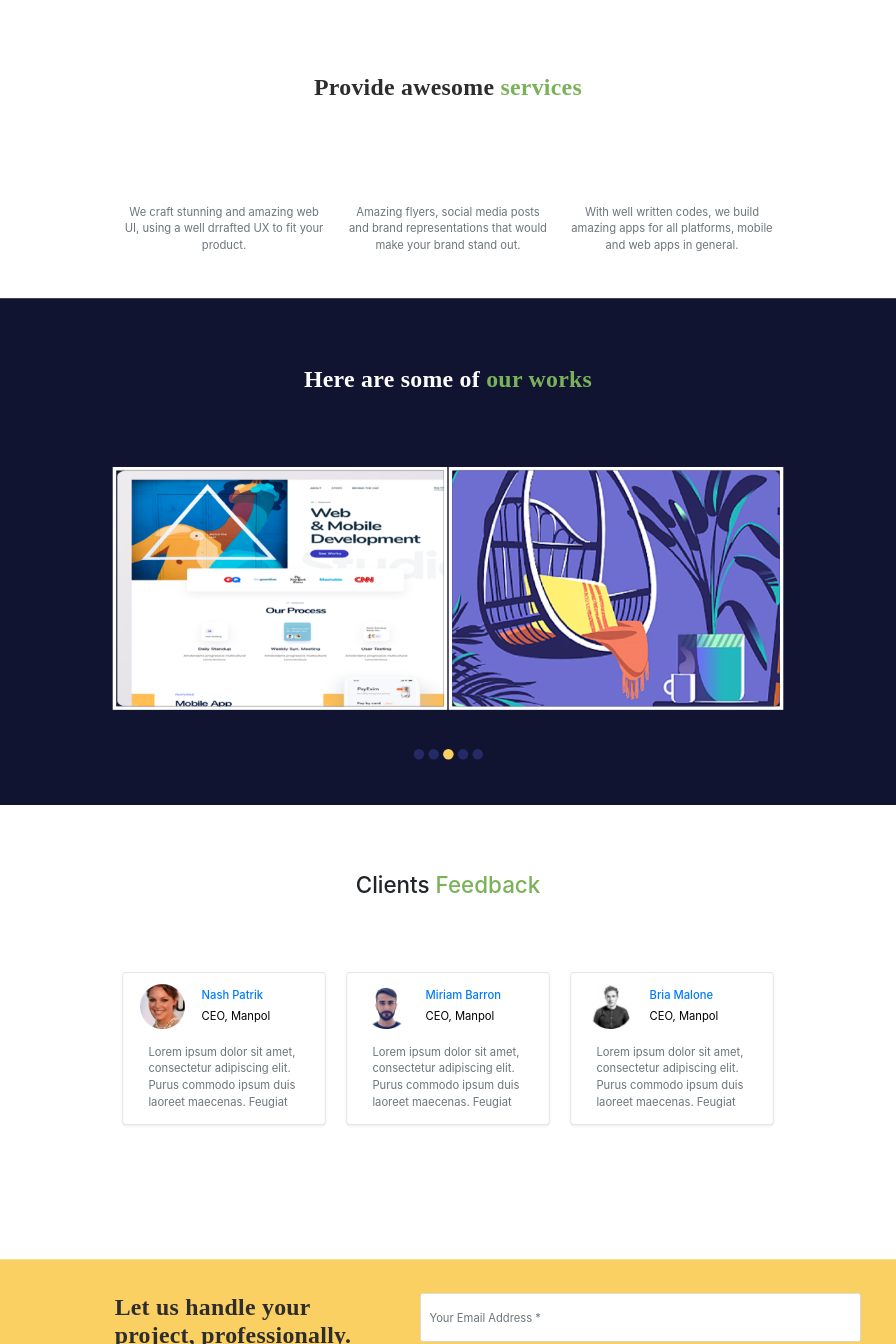
Repository: mdtahsinamin/creative-agency-client
Page: /
The author's editor kept a copy of each file at every save. The page is drawn from the files as they stood at one save, then again after the next save.
The browser window is 1280 px wide. The pictures show the part of the page from y = 990 to 2910 px (the page is 3474 px tall before and 3380 px after), at 70% of full size.
The page's requests for data from a server got no answer. The project was rebuilt for these pictures with package versions that can differ from the ones it lists, and the page was loaded fresh each time. No one was signed in, and anything a server would have sent is missing. Also part of the build but not shown: src/App.css, src/components/Share/ExtraAppBar/ExtraAppBar.css, src/components/Share/ExtraAppBar/ExtraAppBar.js, src/components/Login/Login.css, src/components/Login/firebase.config.js, src/components/Login/LoginManager.js, src/components/Login/Login.js, src/components/Dashboard/Dashboard/SideBar/SideBar.css and 15 more.

Above is the page before, as saved 2020-10-17 21:28:42.

After the next save:
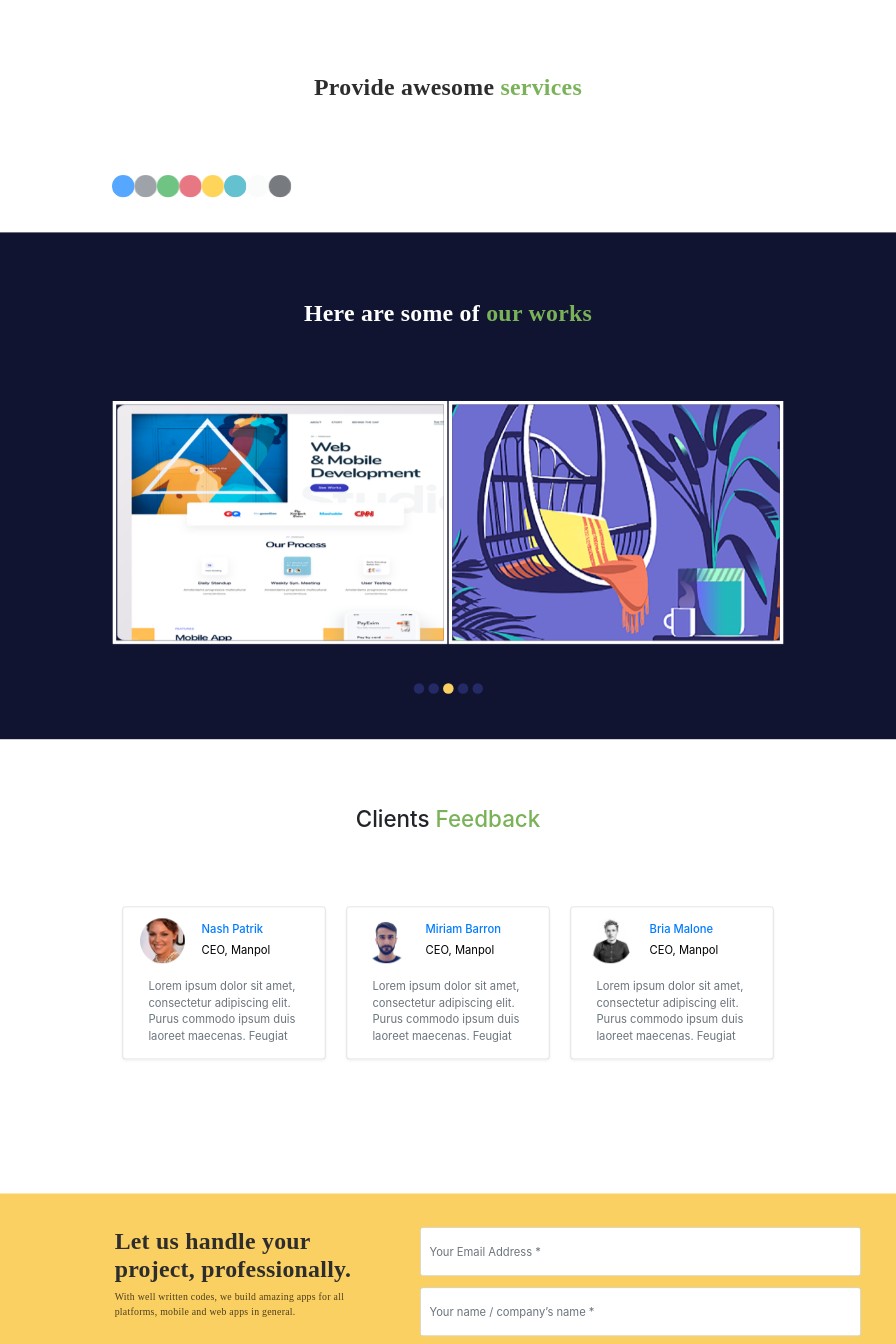
Saved 98 s later.
--- a/src/components/Home/Services/Services.js
+++ b/src/components/Home/Services/Services.js
@@ -1,28 +1,29 @@
-import React from 'react';
+import React, { useEffect, useState } from 'react';
 import ServiceDetail from '../ServiceDetail/ServiceDetail';
 import './Services.css';
 import Web from '../../../images/icons/service1.png'
 import gp from '../../../images/icons/service2.png'
 import dev from '../../../images/icons/service3.png'
-const serviceData = [
-    {
-    title: ' Web & Mobile design',
-    description: 'We craft stunning and amazing web UI, using a well drrafted UX to fit your product.',
-    image:Web
-    },
-    {
-    title:'Graphic design',
-    description:'Amazing flyers, social media posts and brand representations that would make your brand stand out.',
-    image:gp
-    },
-    {
-        title:'Web development',
-        description:'With well written codes, we build amazing apps for all platforms, mobile and web apps in general.',
-        image:dev
-    }
-]
+import Loader from '../../Share/Loader/Loader';
 
 const Services = () => {
+
+    const [serviceData,setServiceData] = useState([]);
+
+    useEffect(()=>{
+
+        async function loadData() {
+            const request = await fetch('http://localhost:5200/allService')
+
+            return request;
+        }
+
+        loadData().then(res => res.json())
+        .then(data=> setServiceData(data));
+
+    },[])
+
+
     return (
         <section className="services-container mt-5">
             <div className="text-center">
@@ -30,8 +31,8 @@ const Services = () => {
             </div>
           <div className="d-flex justify-content-center">
             <div className="w-75 row mt-5 pt-5">
-                {
-                    serviceData.map(service => <ServiceDetail service={service} key={service.name}></ServiceDetail>)
+                {  (serviceData.length === 0)  ? <Loader></Loader>:
+                    serviceData.map(service => <ServiceDetail service={service} key={service._id}></ServiceDetail>)
                 }
             </div>
         </div>
